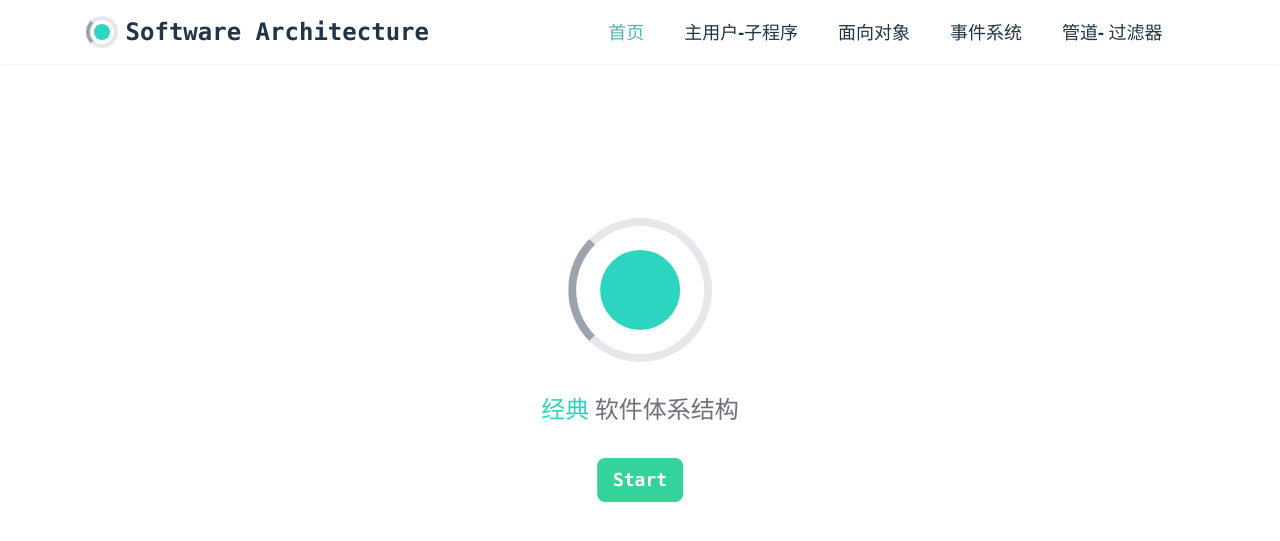
Repository: MarchRory/software_architecture_lab2
Page: / (app in lab2/)
These files come from the project's save history. The page is drawn as it stood at one moment and after the next save; the edit follows.
The browser window is 1280 px wide. The pictures show the whole page.
The project was rebuilt for these pictures with package versions that can differ from the ones it lists, and the page was loaded fresh each time. Also part of the build but not shown: lab2/vite.config.ts. Imported but missing from the stored project, and not drawn on this page: lab2/src/views/OOP/index.vue, lab2/src/views/PipFilter/index.vue, lab2/src/views/eventsSys/index.vue, lab2/src/views/mainChild/index.vue.

Above is the page before, as saved 2023-11-17 10:23:06.

After the next save:
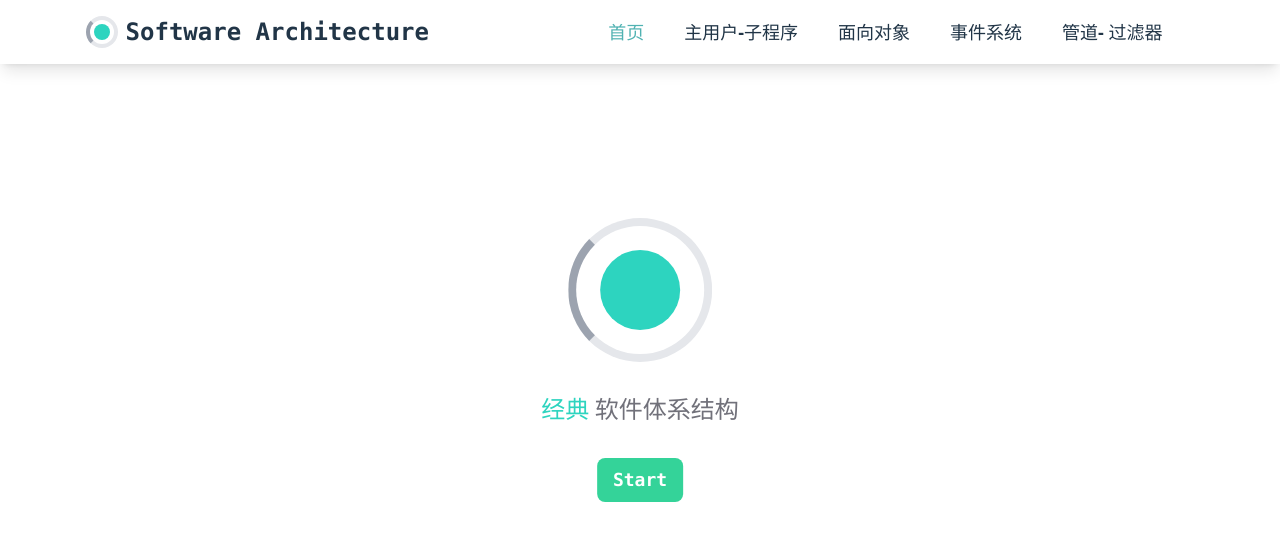
Saved 10 s later.
--- a/lab2/src/layout/navbar.vue
+++ b/lab2/src/layout/navbar.vue
@@ -22,7 +22,7 @@
 </script>
 
 <template>
-	<div class="flex items-center justify-around w-full h-16 shadow-sm">
+	<div class="flex items-center justify-around w-full h-16 shadow-lg">
 		<ul class="flex items-center justify-start list-none">
 			<li class="flex items-center justify-center w-8 h-8 border-4 rounded-full border-l-gray-400">
 				<div class="w-4 h-4 bg-teal-400 rounded-full"></div>
